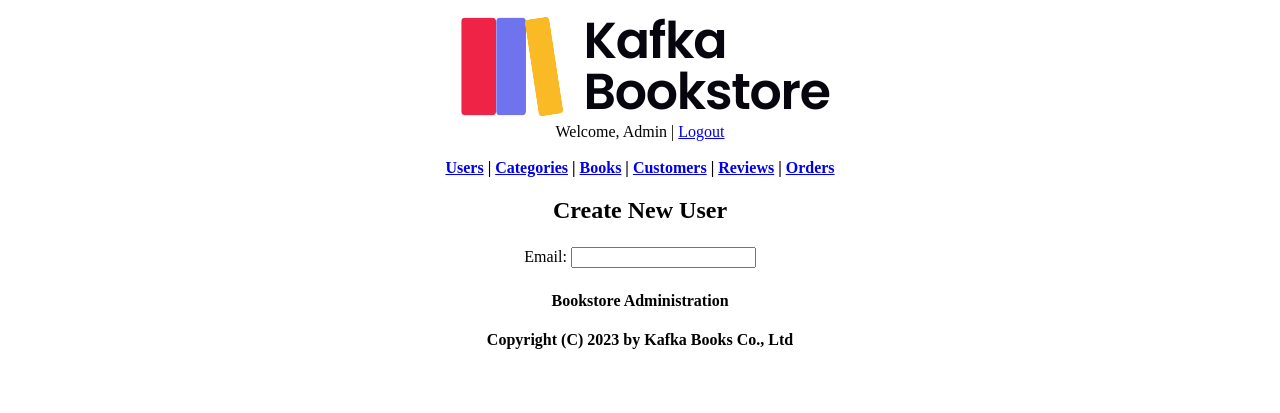
Repository: janvi2502/BookStore
Page: http://localhost/BookStoreWebsite/admin/user_form.jsp
The author's editor kept a copy of each file at every save. The page is drawn from the files as they stood at one save, then again after the next save.
The browser window is 1280 px wide. The pictures show the whole page.
The page is served by Tomcat 10.

Above is the page before, as saved 2023-10-25 13:50:31.

After the next save:
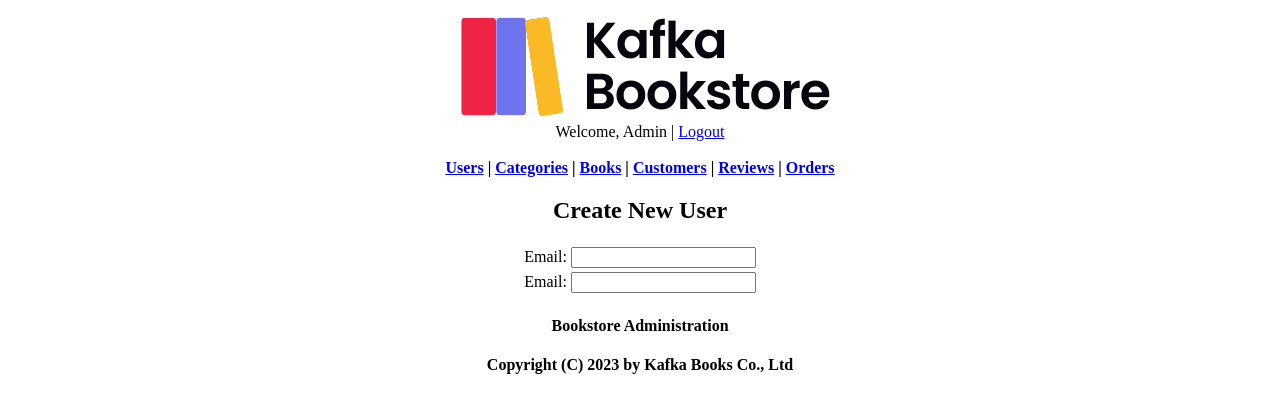
Saved 15 s later.
--- a/BookStoreWebsite/WebContent/admin/user_form.jsp
+++ b/BookStoreWebsite/WebContent/admin/user_form.jsp
@@ -19,6 +19,10 @@
 				<td>Email:</td>
 				<td><input type="text" name="email" size="20" /></td>
 			</tr>
+			<tr>
+				<td>Email:</td>
+				<td><input type="text" name="email" size="20" /></td>
+			</tr>
 		</table>
 		</form>
 	</div>
